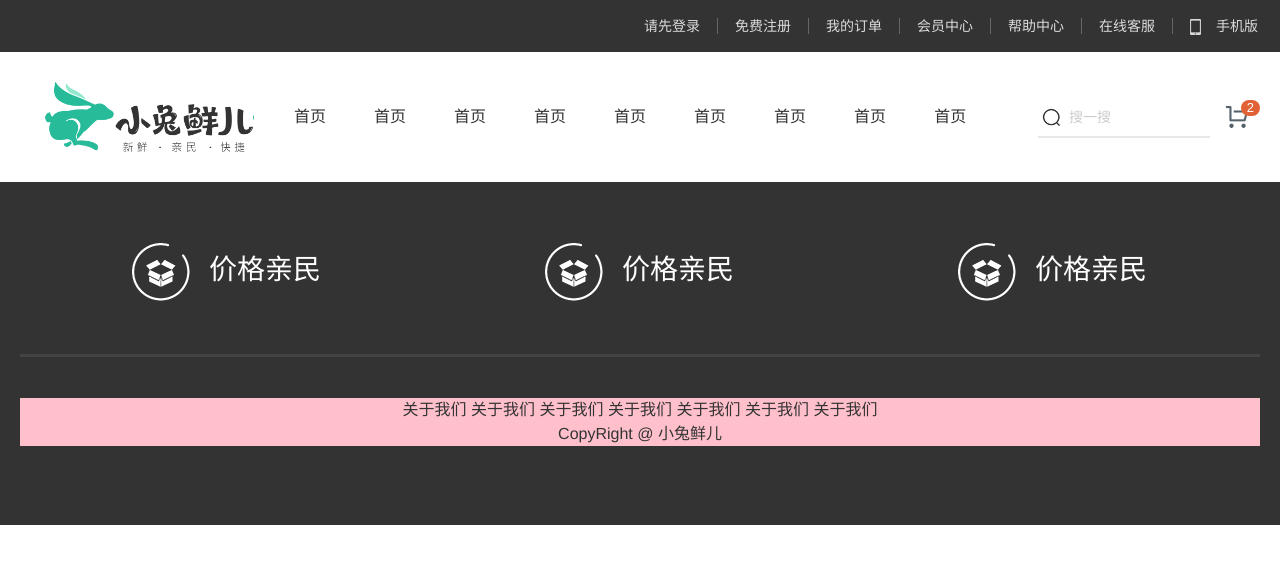
Repository: DengBiHua/xtx_pc_client
Page: index.html
These files come from the project's save history. The page is drawn as it stood at one moment and after the next save; the edit follows.
The browser window is 1280 px wide. The pictures show the whole page.

Above is the page before, as saved 2022-04-16 15:54:29.

### index.html
<!DOCTYPE html>
<html lang="zh-CN">
<head>
    <meta charset="UTF-8">
    <meta http-equiv="X-UA-Compatible" content="IE=edge">
    <meta name="viewport" content="width=device-width, initial-scale=1.0">
    <title>小兔鲜儿-新鲜、惠民、快捷！</title>
    <meta name="description" content="小兔鲜儿官网，致力于打造全球最大的食品、生鲜电商购物平台。">
    <meta name="keywords" content="小兔鲜儿,食品,生鲜,服装,家电,电商,购物">
    <link rel="shortcut icon" href="favicon.ico" type="image/x-icon">
    <link rel="stylesheet" href="./css/base.css">
    <link rel="stylesheet" href="./css/common.css">
    <link rel="stylesheet" href="./css/index.css">
</head>
<body>
    <div class="header">
        <div class="wrapper">
            <ul>
                <li><a href="#">请先登录</a></li>
                <li><a href="#">免费注册</a></li>
                <li><a href="#">我的订单</a></li>
                <li><a href="#">会员中心</a></li>
                <li><a href="#">帮助中心</a></li>
                <li><a href="#">在线客服</a></li>
                <li><a href="#"><span></span>手机版</a></li>
            </ul>
        </div>
    </div>
    <div class="nav wrapper">
        <div class="logo">
            <h1><a href="#">小兔鲜儿</a></h1>
        </div>
        <div class="menu">
            <ul>
                <li><a href="#">首页</a></li>
                <li><a href="#">首页</a></li>
                <li><a href="#">首页</a></li>
                <li><a href="#">首页</a></li>
                <li><a href="#">首页</a></li>
                <li><a href="#">首页</a></li>
                <li><a href="#">首页</a></li>
                <li><a href="#">首页</a></li>
                <li><a href="#">首页</a></li>
            </ul>
        </div>
        <div class="buyCar">
            <a href="#"><span>2</span></a>
        </div>
        <div class="search">
            <span></span>
            <input type="text" placeholder="搜一搜">
        </div>
    </div>
    <div class="footer">
        <div class="top wrapper">
            <ul>
                <li><span></span>价格亲民</li>
                <li><span></span>价格亲民</li>
                <li><span></span>价格亲民</li>
            </ul>
        </div>
        <div class="bottom wrapper">
            <p>
                <a href="#">关于我们</a>
                <a href="#">关于我们</a>
                <a href="#">关于我们</a>
                <a href="#">关于我们</a>
                <a href="#">关于我们</a>
                <a href="#">关于我们</a>
                <a href="#">关于我们</a>
            </p>
            <p>CopyRight @ 小兔鲜儿</p>
        </div>
    </div>
</body>
</html>

### css/base.css
/* 清除默认样式的代码 */
/* 去除常见标签默认的 margin 和 padding */
body,
h1,
h2,
h3,
h4,
h5,
h6,
p,
ul,
ol,
li,
dl,
dt,
dd,
input {
  margin: 0;
  padding: 0;
}

/* 內减模式 */
* {
  box-sizing: border-box;
}

/* 设置网页统一的字体大小、行高、字体系列相关属性 */
body {
  font: 16px/1.5 "Helvetica Neue", Helvetica, Arial, "Microsoft Yahei",
    "Hiragino Sans GB", "Heiti SC", "WenQuanYi Micro Hei", sans-serif;
  color: #333;
}

/* 去除列表默认样式 */
ul,
ol {
  list-style: none;
}

/* 去除默认的倾斜效果 */
em,
i {
  font-style: normal;
}

/* 去除a标签默认下划线，并设置默认文字颜色 */
a {
  text-decoration: none;
  color: #333;
}

/* 设置img的垂直对齐方式为居中对齐，去除img默认下间隙 */
img {
  vertical-align: middle;
}

/* 去除input默认样式 */
input {
  border: none;
  outline: none;
  color: #333;
}

/* 左浮动 */
.fl {
  float: left;
}

/* 右浮动 */
.fr {
  float: right;
}

/* 双伪元素清除法 */
.clearfix::before,
.clearfix::after {
  content: "";
  display: table;
}
.clearfix::after {
  clear: both;
}

### css/common.css
.wrapper {
    width: 1240px;
    margin: 0 auto;
}

.header {
    height: 52px;
    background-color: #333333;
}

.header .wrapper {
    height: 52px;
    line-height: 52px;
}

.header .wrapper ul {
    float: right;
}

.header .wrapper li {
    float: left;
}

.header .wrapper li a {
    padding: 0 17px;
    border-right: 1px solid #666666;
    font-size: 14px;
    color: #dcdcdc;
}

.header .wrapper li a span {
    display: inline-block;
    margin-right: 15px;
    width: 11px;
    height: 16px;
    background-image: url(../images/sprites.png);
    background-position: -160px -70px;
    vertical-align: middle;
}

.header .wrapper li:last-child a {
    border: none;
    padding-right: 2px;
}

.nav {
    margin: 30px auto;
    height: 70px;
}

.logo h1 a {
    float: left;
    display: block;
    width: 209px;
    height: 70px;
    margin: 0 16px 0 25px;
    background-image: url(../images/logo.png);
    background-size: contain;
    font-size: 0;
}

.menu {
    float: left;
}

.menu li {
    float: left;
    padding: 0 24px;
    height: 70px;
    line-height: 70px;
}

.menu li a {
    padding-bottom: 7px;
}

.menu li a:hover {
    color: #27ba9b;
    border-bottom: 1px solid #27ba9b;
}

.buyCar {
    float: right;
    margin-top: 23px;
    margin-left: 15px;
    margin-right: 12px;
}

.buyCar a {
    display: inline-block;
    position: relative;
    width: 23px;
    height: 23px;
    background-image: url(../images/sprites.png);
    background-position: -119px -69px;
}

.buyCar span {
    position: absolute;
    top: -5px;
    right: -12px;
    height: 16px;
    padding: 0 6px;
    background-color: #e26237;
    border-radius: 8px;
    line-height: 16px;
    font-size: 13px;
    color: #ffffff;
}

.search {
    float: right;
    position: relative;
    margin-top: 16px;
    border-bottom: 2px solid #e7e7e7;
}

.search input {
    padding-left: 31px;
    width: 172px;
    height: 38px;
    font-size: 14px;
}

.search input::placeholder {
    font-size: 14px;
    color: #cccccc;
}

.search span {
    position: absolute;
    left: 2px;
    top: 50%;
    transform: translate(0, -50%);
    width: 18px;
    height: 18px;
    margin-left: 2px;
    background-image: url(../images/sprites.png);
    background-position: -79px -69px;
}

.footer {
    height: 343px;
    background-color: #333;
}

.footer .top {
    height: 175px;
    border-bottom: 3px solid #434343;
}

.footer .top li {
    float: left;
    margin: auto 0;
    font-size: 28px;
    color: #ffffff;
    width: 413px;
    height: 175px;
    line-height: 175px;
    text-align: center;
}

.footer .top span {
    display: inline-block;
    width: 58px;
    height: 58px;
    margin-right: 19px;
    background-image: url(../images/sprites.png);
    background-position: 0 0;
    vertical-align: middle;
}

.footer .bottom {
    height: 48px;
    margin-top: 41px;
    background-color: pink;
    text-align: center;
}

Loaded but not shown: css/index.css (no stored copy; drawn as an empty file)

After the next save:
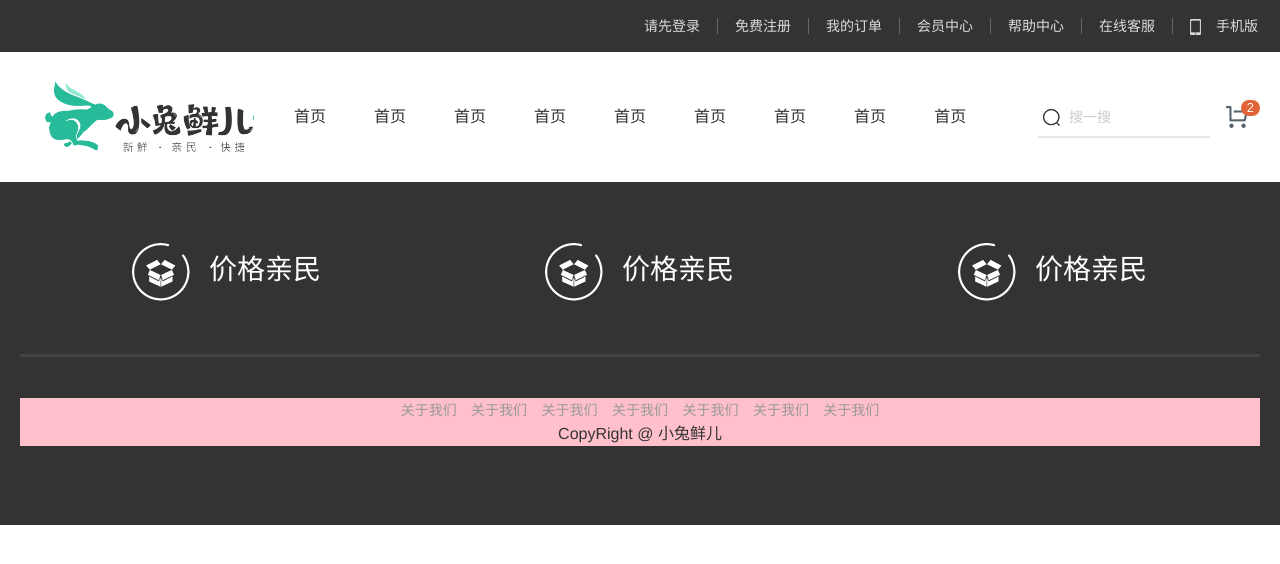
Saved 85 s later.
--- a/css/common.css
+++ b/css/common.css
@@ -176,3 +176,9 @@
     background-color: pink;
     text-align: center;
 }
+
+.footer .bottom a {
+    padding: 0 5px;
+    font-size: 14px;
+    color: #999999;
+}
